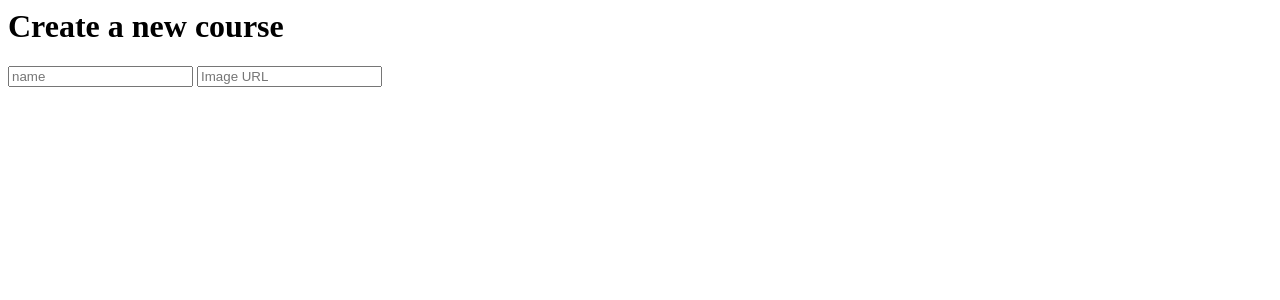
Repository: codewangg/CourseReview
Page: http://localhost/courses/new
The author's editor kept a copy of each file at every save. The page is drawn from the files as they stood at one save, then again after the next save.
The browser window is 1280 px wide. The pictures show the whole page.
The page is served by the project's Node server (app.js).

Above is the page before, as saved 2020-08-15 16:29:48.

### views/new.ejs
<h1>Create a new course</h1>
<form action="/courses" method="POST">
    <input type="text" name="name" placeholder="name">
    <input type="text" name="image" placeholder="Image URL">
</form>

### app.js
const express = require("express");
const app = express();
const bodyParser = require("body-parser");

app.use(bodyParser.urlencoded({extended: true}));
app.set('view engine', "ejs");

app.get("/", (req, res) => {
    res.render("landing");
});

app.get("/courses", (req, res)=>{
    var courses = [
        {name: "anlp", image:"https://www.sciencemag.org/sites/default/files/styles/article_main_large/public/dogs_1280p_0.jpg?itok=cnRk0HYq"},
        {name: "mlp", image:"https://encrypted-tbn0.gstatic.com/images?q=tbn%3AANd9GcT-NC1h3PdhKKSTUu0S-Y6QtGSz1PWCNL4MXA&usqp=CAU"},
        {name: "mlpr", image:"https://encrypted-tbn0.gstatic.com/images?q=tbn%3AANd9GcSGI0qdCZ_bsxabXEma4kZT2N8-lln603NiPA&usqp=CAU"}
    ]

    res.render("courses",{courses:courses});
});

app.post("/courses", (req, res)=>{

});

app.get("/courses/new", (req, res)=>{
    res.render("new.ejs");
});

//process.env.PORT process.env.IP
app.listen(3000, 'localhost', function(){
    console.log("server has started!");
    //console.log(process.env.PORT);
});

After the next save:
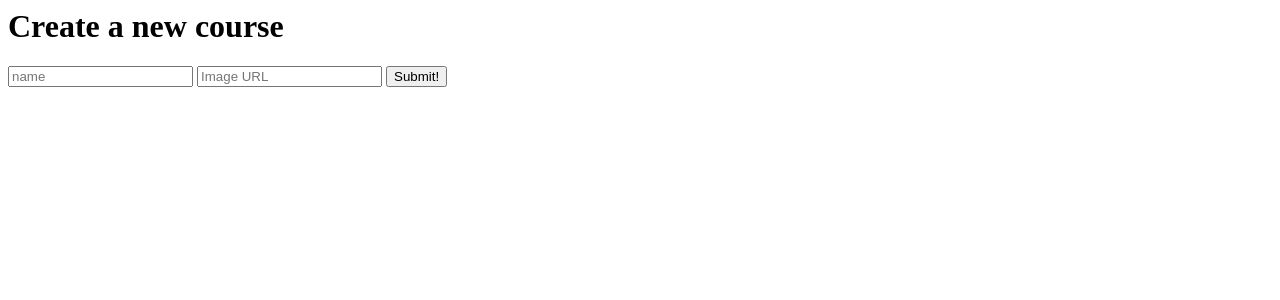
Saved 83 s later.
--- a/views/new.ejs
+++ b/views/new.ejs
@@ -2,4 +2,5 @@
 <form action="/courses" method="POST">
     <input type="text" name="name" placeholder="name">
     <input type="text" name="image" placeholder="Image URL">
+    <button>Submit!</button>
 </form>
